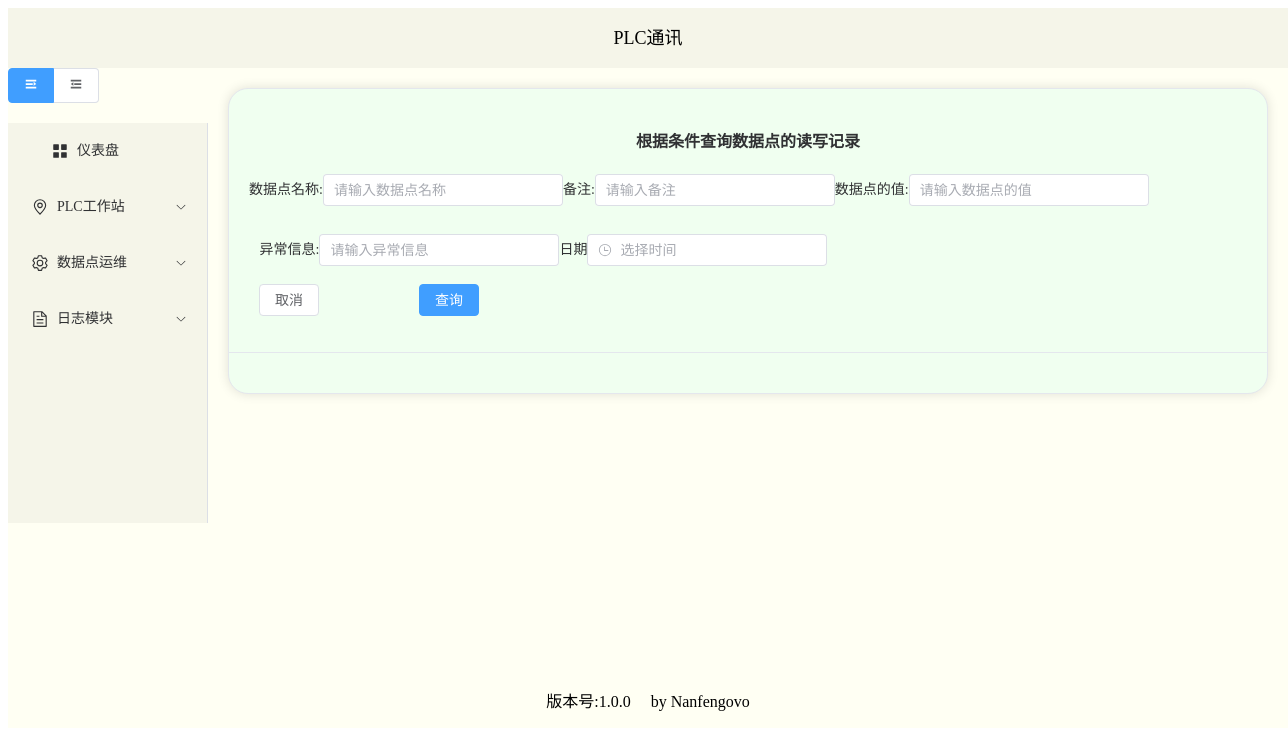
Repository: nanfengovo/HelperWorkStation
Page: /#/frameWork/PLCWorkstation/S7 (app in HelperWorkStation/plchelper-ui/)
These files come from the project's save history. The page is drawn as it stood at one moment and after the next save; the edit follows.
The browser window is 1280 px wide. The page is 1288 px wide, so the pictures cover 1288 px, including what lies to the right of the window. The pictures show the whole page.
The project was rebuilt for these pictures with package versions that can differ from the ones it lists, and the page was loaded fresh each time. Also part of the build but not shown: HelperWorkStation/plchelper-ui/vite.config.ts, HelperWorkStation/plchelper-ui/src/views/Login/index.vue.

Above is the page before, as saved 2025-02-16 21:23:02.

### HelperWorkStation/plchelper-ui/index.html
<!DOCTYPE html>
<html lang="">
  <head>
    <meta charset="UTF-8">
    <link rel="icon" href="/icon-park-outline--cpu.png">
    <meta name="viewport" content="width=device-width, initial-scale=1.0">
    <title>PLCHelper Station</title>
  </head>
  <body>
    <div id="app"></div>
    <script type="module" src="/src/main.ts"></script>
  </body>
</html>

<style>
  #app{
    /* display: flex;
    justify-content: center;
    align-items: center; */
    height: 100vh;
    width: 100vw;
  }
</style>

### HelperWorkStation/plchelper-ui/src/main.ts
// import './assets/main.css'

import { createApp } from 'vue'
import ElementPlus from 'element-plus'
import 'element-plus/dist/index.css'
import { createPinia } from 'pinia'

import App from './App.vue'
import * as ElementPlusIconsVue from '@element-plus/icons-vue'
//element-plus转换中文
import zhCn from 'element-plus/es/locale/lang/zh-cn'
import router from './router'

const app = createApp(App)
app.use(router)
for (const [key, component] of Object.entries(ElementPlusIconsVue)) {
    app.component(key, component)
    }
    app.use(ElementPlus, {
        locale: zhCn,
        })
app.use(createPinia())


app.mount('#app')

### HelperWorkStation/plchelper-ui/src/App.vue
<script setup lang="ts">
import {  RouterView } from 'vue-router'
import FrameWork from './views/FrameWork/index.vue'
import Login from './views/Login/index.vue'
</script>

<template>
  <div class="app">
    <RouterView />
  </div>

  <!-- <RouterView /> -->
</template>

<style scoped>
	html,body,#app{
      height: 100%;
      width: 100%;
	}
  .app{
    height: 100%;
    width: 100%;
  }
</style>

### HelperWorkStation/plchelper-ui/src/router/index.ts
import { createMemoryHistory, createRouter, createWebHashHistory, type RouteRecordRaw } from 'vue-router'
import frameWork from '../views/FrameWork/index.vue';
import Login from '../views/Login/index.vue';
import panel from '../views/FrameWork/layout/panel/index.vue';

// const routes: RouteRecordRaw[] = [];
const routes: Array<RouteRecordRaw> = [
    {
        path: '/',
        redirect: '/login'
    },
    {
        path: '/login',
        name: 'login',
        component: Login
    },
    {
        path: '/frameWork',
        name: '主页',
        component: frameWork,
        children: [
            {
                path: '/framework/panel',
                name: '仪表板',
                component: () => import('../views/FrameWork/layout/panel/index.vue'),
            },
            {
                path: '/frameWork/PLCWorkstation/Modbus',
                name: 'PLC工作站-Modbus',
                component: () => import('../views/FrameWork/layout/PLCWorkstation/Modbus/index.vue'),
            },
            {
                path: '/frameWork/PLCWorkstation/PLC',
                name: 'PLC工作站-PLC配置',
                component: () => import('../views/FrameWork/layout/PLCWorkstation/PLC/index.vue'),
            },
            {
                path: '/frameWork/PLCWorkstation/S7',
                name: 'PLC工作站-S7',
                component: () => import('../views/FrameWork/layout/PLCWorkstation/S7/index.vue'),
            },
            {
                path: '/frameWork/PLCWorkstation/OPC',
                name: 'PLC工作站-OPC',
                component: () => import('../views/FrameWork/layout/PLCWorkstation/OPC/index.vue'),
            },
            {
                path: '/frameWork/PLCWorkstation/FinsTCP',
                name: 'PLC工作站-FinsTCP',
                component: () => import('../views/FrameWork/layout/PLCWorkstation/FinsTCP/index.vue'),
            },
            {
                path: '/frameWork/DataPointOperations/Modbus',
                name: '数据点运维-Modbus',
                component: () => import('../views/FrameWork/layout/DataPointOperations/Modbus/index.vue'),
            },
            {
                path: '/frameWork/DataPointOperations/S7',
                name: '数据点运维-S7',
                component: () => import('../views/FrameWork/layout/DataPointOperations/S7/index.vue'),
            },
            {
            path: '/frameWork/DataPointOperations/S7/DB',
                        name: '数据点运维-S7-DB',
                        component: () => import('../views/FrameWork/layout/DataPointOperations/S7/DB/index.vue'),
            },
            {
                path: '/frameWork/DataPointOperations/Opc',
                name: '数据点运维-Opc',
                component: () => import('../views/FrameWork/layout/DataPointOperations/OPC/index.vue'),
            },
            {
                path: '/frameWork/DataPointOperations/FinsTCP',
                name: '数据点运维-FinsTCP',
                component: () => import('../views/FrameWork/layout/DataPointOperations/FinsTCP/index.vue'),
            },
            {
                path: '/frameWork/Log/Operation',
                name: '用户操作日志',
                component: () => import('../views/FrameWork/layout/Log/Operation/index.vue'),
            },
            {
                path: '/frameWork/Log/ReadWrite',
                name: '数据点读写日志',
                component: () => import('../views/FrameWork/layout/Log/ReadWrite/index.vue'),
            },

        ],


    },
];

const router = createRouter({
    history: createWebHashHistory(),
    routes,
});

export default router;

### HelperWorkStation/plchelper-ui/src/views/FrameWork/index.vue
<template>
    <div class="common-layout">
        <el-container>
            <div class="layout-header">
                <el-header>
                    PLC通讯
                </el-header>
            </div>
            <el-container>
                <el-aside width="200px" height="100vh" >
                    <el-radio-group v-model="isCollapse" style="margin-bottom: 20px">
                        <el-radio-button :value="false"><el-icon><Expand /></el-icon></el-radio-button>
                        <el-radio-button :value="true"><el-icon><Fold /></el-icon></el-radio-button>
                    </el-radio-group>
                    <el-menu
                        background-color="#f5f5e9"
                        default-active="1"
                        class="el-menu-vertical-demo"
                        :collapse="isCollapse"
                        @open="handleOpen"
                        @close="handleClose"
                        router
                    >
                        <el-menu-item index="/frameWork/panel">
                            <el-menu-item >
                                <el-icon><icon-menu /></el-icon>
                                <template #title>仪表盘</template>
                            </el-menu-item>
                        </el-menu-item>
                        <el-sub-menu index="2">
                        <template #title>
                            <el-icon><location /></el-icon>
                            <span>PLC工作站</span>
                        </template>
                        <el-menu-item-group >
                            <el-menu-item index="/frameWork/PLCWorkstation/PLC">PLC配置</el-menu-item>
                            <el-menu-item index="/frameWork/PLCWorkstation/Modbus">Modbus模块</el-menu-item>
                            <el-menu-item index="/frameWork/PLCWorkstation/S7">S7模块</el-menu-item>
                            <el-menu-item index="/frameWork/PLCWorkstation/OPC">OPC模块</el-menu-item>
                            <el-menu-item index="/frameWork/PLCWorkstation/FinsTCP">FinsTCP模块</el-menu-item>
                        </el-menu-item-group>
                        </el-sub-menu>
                        <el-sub-menu index="3">
                        <template #title>
                            <el-icon><Setting /></el-icon>
                            <span>数据点运维</span>
                        </template>
                        <el-menu-item-group >
                            <el-menu-item index="/frameWork/DataPointOperations/Modbus">Modbus数据点配置</el-menu-item>
                            <el-menu-item index="/frameWork/DataPointOperations/S7">S7数据点配置</el-menu-item>
                            <el-menu-item index="/frameWork/DataPointOperations/S7/DB">DB块配置</el-menu-item>
                            <el-menu-item index="/frameWork/DataPointOperations/Opc">OPC数据点配置</el-menu-item>
                            <el-menu-item index="/frameWork/DataPointOperations/FinsTCP">FinsTCP数据点模块</el-menu-item>
                        </el-menu-item-group>
                        </el-sub-menu>
                        <el-sub-menu index="4">
                        <template #title>
                            <el-icon><Document /></el-icon>
                            <span>日志模块</span>
                        </template>
                        <el-menu-item-group >
                            <el-menu-item index="/frameWork/Log/Operation">操作日志</el-menu-item>
                            <el-menu-item index="/frameWork/Log/ReadWrite">读写日志</el-menu-item>
                        </el-menu-item-group>
                        </el-sub-menu>
                    </el-menu>
                </el-aside>
                    <el-container>
                        <el-main>
                            <!-- <div class="main-header"> -->
                            <!-- <div class="main-header-breadcrumb"> -->
                                <!-- 面包屑 -->
                                <!-- <el-breadcrumb :separator-icon="ArrowRight"
                                                style="cursor: pointer; margin: 10px 0; display:inline-block;margin-left: 10px; ">
                                                <el-breadcrumb-item  >面包屑导航</el-breadcrumb-item>
                                </el-breadcrumb>
                            </div> -->
                            <!-- <div class="main-header-tab">
                                <el-tab>
                                    <el-tabs
                                    v-model="tablist"
                                    type="card"
                                    editable
                                    class="demo-tabs"
                                    @tab-click="pushTo"
                                >
                                    <el-tab-pane
                                    v-for="item in tablist"
                                    :key="item.name"
                                    :label="item.name"
                                    :name="item.name"
                                    >
                                    {{ item.path }}
                                    </el-tab-pane>
                                </el-tabs>
                                </el-tab>
                            </div> -->
                        <!-- </div> -->
                            <RouterView/>
                        </el-main>
                    </el-container>
            </el-container>
                <el-footer class="fixed-footer" >
                    <span>版本号:{{SoftVersion}}</span>&nbsp;&nbsp;&nbsp;&nbsp;
                    <span>by {{ SoftAuthor }}</span>
                </el-footer>
        </el-container>
    </div>
</template>

<script lang="ts" setup>
import { ref } from 'vue'
import { useRouter } from 'vue-router';
import routes from '../../router/index';
import {
    Document,
    Menu as IconMenu,
    Location,
    Setting,
    ArrowRight,
} from '@element-plus/icons-vue'
import type { TabPaneName } from 'element-plus'



const SoftVersion = ref('1.0.0')
const SoftAuthor = ref('Nanfengovo')


import { useRoute } from 'vue-router'
import router from '../../router/index';
const route = useRoute()
const pathList = ref()

console.log('route', route)// 获取当前路由
console.log('route.matched', route.matched)// 获取当前路由匹配到的路由记录
console.log('route.matched[0].children', route.matched[0].children)// 获取当前路由匹配到的路由记录

const tablist = ref(route.matched[0].children)
const isCollapse = ref(false)

let tabIndex = 1;

// const pushTo = (tab: TabPaneName) => {
//     router.push(tab)
// }


</script>

<style>
.el-menu-vertical-demo:not(.el-menu--collapse) {
    width: 200px;
    min-height: 400px;
}
.layout-header {
    background-color: #f5f5e9;
    color: black;
    text-align: center;
    line-height: 60px;
    font-size: 18px;
}

.common-layout{
    display: flex;
    flex-direction: column;
    min-height: 100vh;
    background-color: #fffff3;
}
.fixed-footer {
    background-color: #fffff3; /* 根据需要设置背景颜色 */
    padding: 10px; /* 根据需要设置内边距 */
    text-align: center; /* 根据需要设置文本对齐方式 */
    margin-bottom: 20px;
    height: 30px;
    font-size: 16px;
}
.main-header{
    border: red 1px solid;
    width: 100%;
    height: 30px;
}
/* .main-header-breadcrumb{
    border: green 1px solid;
    margin: 10px;
    width: 100%;
    height: 30px;
} */
.main-header-tab
{
    border: blue 1px solid;
    width: 100%;
    height: 30px;
}
.demo-tabs {
    border: 1px solid orangered;
    width: 60px;
    height: 30px;
    border-radius: 4px;
}
.demo-tabs>.el-tab-pane {
    border-bottom: 1px solid #ebeef5;
}
</style>

### HelperWorkStation/plchelper-ui/src/views/FrameWork/layout/PLCWorkstation/S7/index.vue
<template>
    <div class="Query">
        <el-card class="Query-card">
            <template #header>
                <div class="card-header">
                    <h4>根据条件查询数据点的读写记录</h4>
                </div>
                <el-form class="Query-form">
                    <el-row class="row1">
                        <el-form-item>
                            <el-label>
                                数据点名称:
                            </el-label>
                            <el-input v-model="dbName" placeholder="请输入数据点名称" clearable />
                        </el-form-item>
                        <el-form-item>
                            <el-label>
                                备注:
                            </el-label>
                            <el-input v-model="remark" placeholder="请输入备注" clearable/>
                        </el-form-item>
                        <el-form-item>
                            <el-label>
                                数据点的值:
                            </el-label>
                            <el-input v-model="result" placeholder="请输入数据点的值" clearable/>
                        </el-form-item>
                    </el-row>
                    <el-row class="row2">
                        <el-form-item>
                            <el-label>
                                &nbsp;&nbsp;&nbsp;异常信息:
                            </el-label>
                            <el-input v-model="exceptionInfo" placeholder="请输入异常信息" clearable/>
                        </el-form-item>
                        <el-form-item>
                            <el-label>
                                日期
                            </el-label>
                            <el-date-picker
                                v-model="value1"
                                type="datetime"
                                placeholder="选择时间"
                                format="YYYY-MM-DD HH:mm:ss"
                                date-format="MMM DD, YYYY"
                                time-format="HH:mm"
                            />
                        </el-form-item>
                    </el-row>
                    <el-row class="row3">
                        <el-form-item>
                            <el-button  @click="cancel">取消</el-button>
                        </el-form-item>
                        <el-form-item>
                            <el-button type="primary" @click="onSubmit">查询</el-button>
                        </el-form-item>
                    </el-row>
                </el-form>
            </template>

        </el-card>
    </div>
</template>
<script setup lang="ts">

</script>
<style>
.Query{
    display: grid;
}
.Query-card{
    background-color: #F0FFF0;
    border-radius: 20px;
}
.card-header{
    text-align: center;
}
.Query-card .el-input{
    width: 240px;
}
.row2{
    margin-top: 10px;
}
.row3{
    margin-left: 10px;
}
.row3 button{
    margin-right: 100px;
    text-align: center;
}
</style>

After the next save:
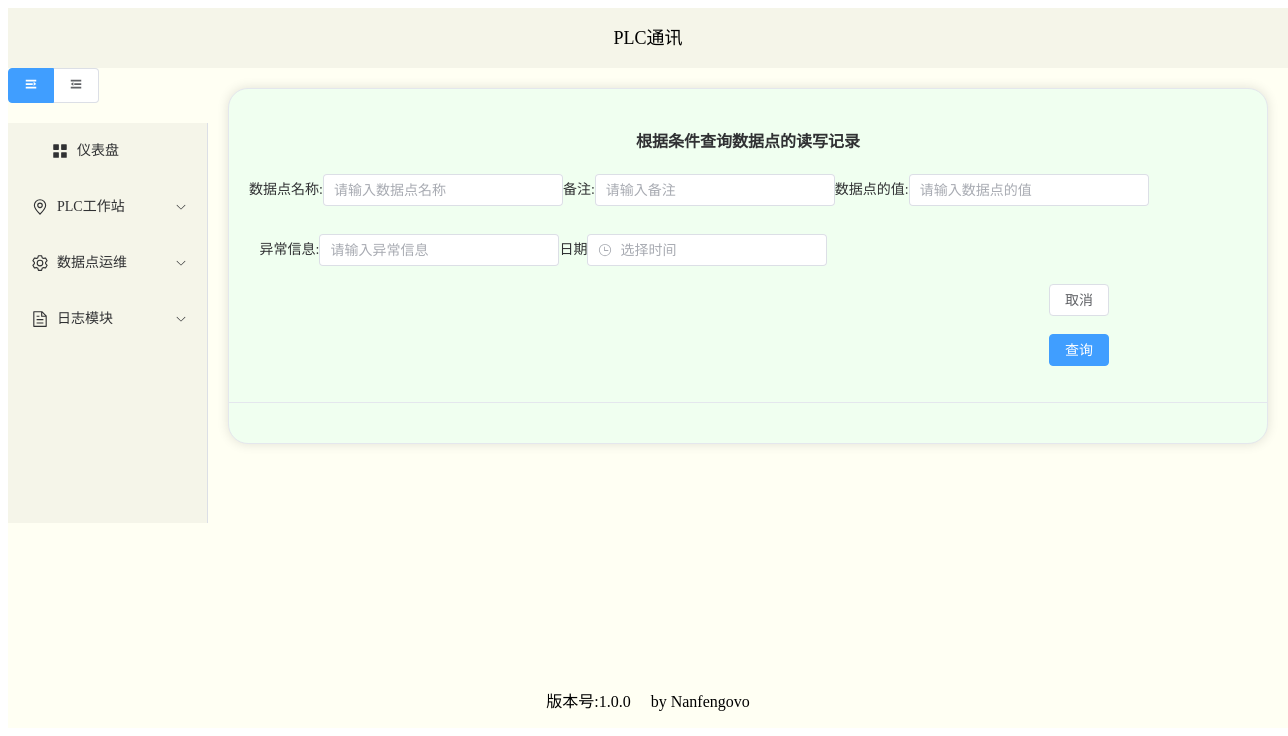
Saved 5 s later.
--- a/HelperWorkStation/plchelper-ui/src/views/FrameWork/layout/PLCWorkstation/S7/index.vue
+++ b/HelperWorkStation/plchelper-ui/src/views/FrameWork/layout/PLCWorkstation/S7/index.vue
@@ -82,7 +82,7 @@
     margin-top: 10px;
 }
 .row3{
-    margin-left: 10px;
+    margin-left: 800px;
 }
 .row3 button{
     margin-right: 100px;
